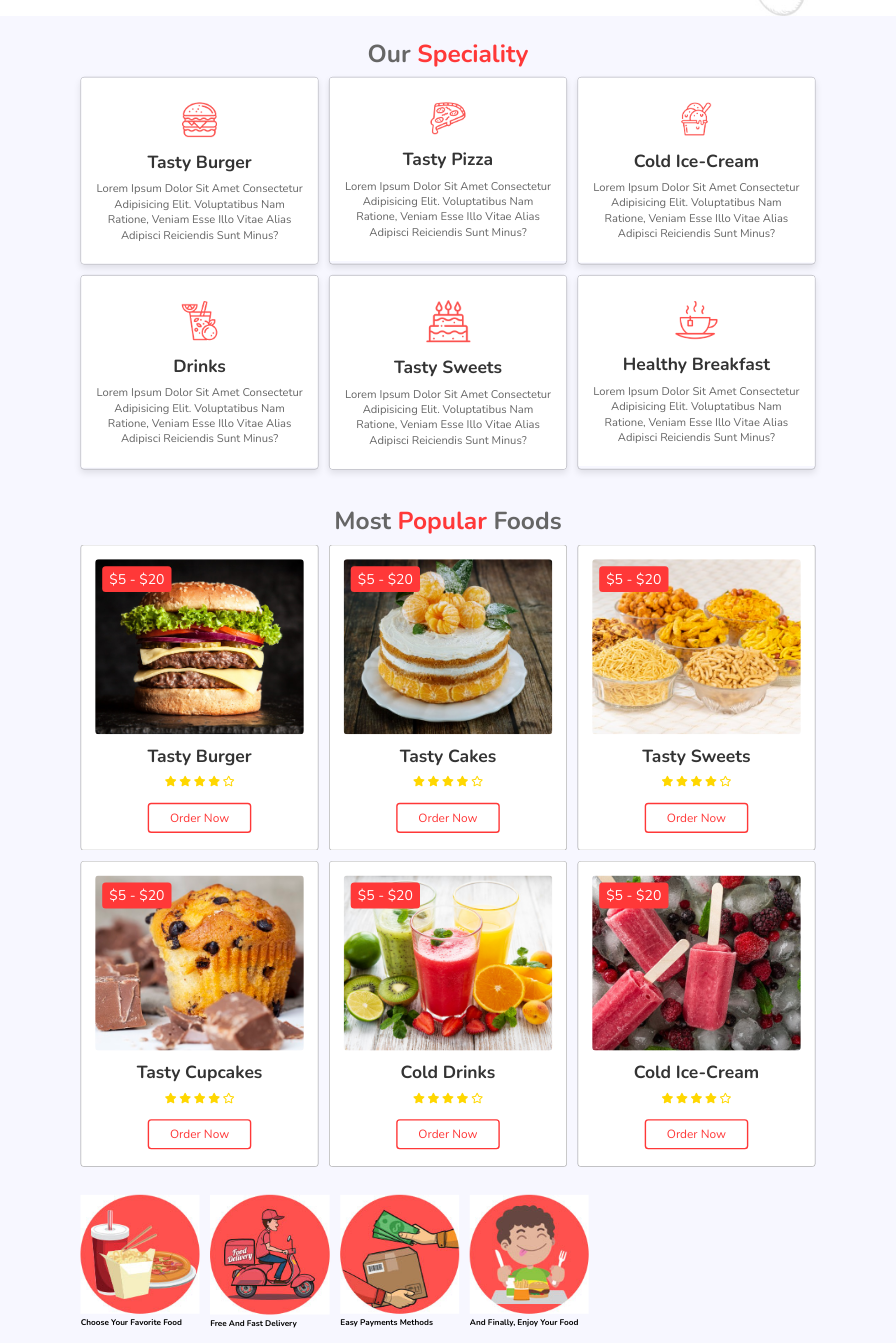
Repository: ManhTanVN/food
Page: index.html
An editor plug-in stored every save of this project. The page is shown before and after the next save, followed by the edit.
The browser window is 1280 px wide. The pictures show the part of the page from y = 697 to 2617 px (the page is 2615 px tall before and 2617 px after), at 70% of full size.
The style sheet was rebuilt from its Sass, Less or Tailwind sources for each picture, by a compiler version that may differ from the author's.

Above is the page before, as saved 2021-08-29 19:29:38.

### index.html
<!DOCTYPE html>
<html lang="en">
<head>
    <meta charset="UTF-8">
    <meta http-equiv="X-UA-Compatible" content="IE=edge">
    <meta name="viewport" content="width=device-width, initial-scale=1.0">
    <title>Document</title>
    <!-- font awe-some CDN -->
    <link rel="stylesheet" href="https://cdnjs.cloudflare.com/ajax/libs/font-awesome/5.15.4/css/all.min.css">

    <!-- custom css -->
    <link rel="stylesheet" href="./assets/css/style.css">
</head>
<body>
    <!-- header section start -->
    <header>
        <a href="#" class="logo"><i class="fas fa-utensils"></i>food</a>
        <div id="menu-bar" class="fas fa-bars"></div>
        <nav class="navbar">
            <a href="#home">home</a>
            <a href="#speciality">speciality</a>
            <a href="#popular">popular</a>
            <a href="#gallery">gallery</a>
            <a href="#review">review</a>
            <a href="#order">order</a>
        </nav>
    </header>
    <!-- header section end -->

    <!-- home section starts -->
    <section class="home" id="home">
        <div class="home__content">
            <h3>food made with love</h3>
            <p>Lorem ipsum dolor sit amet, consectetur adipisicing elit. Corrupti inventore error fugit alias sapiente, eveniet minima impedit repellendus, itaque beatae porro ullam nobis, vero assumenda quod quibusdam consequuntur provident! Error!</p>
            <a href="#" class="btn">order now</a>
        </div>
        <div class="home__image">
            <img src="./assets/images/home-img.png" alt="">
        </div>


    </section>
    <!-- home section ends -->

    <!-- speciality section starts -->
    <section class="speciality" id="speciality">
        <h1 class="heading">our <span>speciality</span></h1>
        <div class="box-container">
            <div class="box">
                <img class="box__image" src="./assets/images/s-img-1.jpg" alt="">
                <div class="box__content">
                    <img src="./assets/images/s-1.png" alt="">
                    <h3>tasty burger</h3>
                    <p>Lorem ipsum dolor sit amet consectetur adipisicing elit. Voluptatibus nam ratione, veniam esse illo vitae alias adipisci reiciendis sunt minus?</p>
                </div>
            </div>
            <div class="box">
                <img class="box__image" src="./assets/images/s-img-2.jpg" alt="">
                <div class="box__content">
                    <img src="./assets/images/s-2.png" alt="">
                    <h3>tasty pizza</h3>
                    <p>Lorem ipsum dolor sit amet consectetur adipisicing elit. Voluptatibus nam ratione, veniam esse illo vitae alias adipisci reiciendis sunt minus?</p>
                </div>
            </div>
            <div class="box">
                <img class="box__image" src="./assets/images/s-img-3.jpg" alt="">
                <div class="box__content">
                    <img src="./assets/images/s-3.png" alt="">
                    <h3>cold ice-cream</h3>
                    <p>Lorem ipsum dolor sit amet consectetur adipisicing elit. Voluptatibus nam ratione, veniam esse illo vitae alias adipisci reiciendis sunt minus?</p>
                </div>
            </div>
            <div class="box">
                <img class="box__image" src="./assets/images/s-img-4.jpg" alt="">
                <div class="box__content">
                    <img src="./assets/images/s-4.png" alt="">
                    <h3>drinks</h3>
                    <p>Lorem ipsum dolor sit amet consectetur adipisicing elit. Voluptatibus nam ratione, veniam esse illo vitae alias adipisci reiciendis sunt minus?</p>
                </div>
            </div>
            <div class="box">
                <img class="box__image" src="./assets/images/s-img-5.jpg" alt="">
                <div class="box__content">
                    <img src="./assets/images/s-5.png" alt="">
                    <h3>tasty sweets</h3>
                    <p>Lorem ipsum dolor sit amet consectetur adipisicing elit. Voluptatibus nam ratione, veniam esse illo vitae alias adipisci reiciendis sunt minus?</p>
                </div>
            </div>
            <div class="box">
                <img class="box__image" src="./assets/images/s-img-6.jpg" alt="">
                <div class="box__content">
                    <img src="./assets/images/s-6.png" alt="">
                    <h3>healthy breakfast</h3>
                    <p>Lorem ipsum dolor sit amet consectetur adipisicing elit. Voluptatibus nam ratione, veniam esse illo vitae alias adipisci reiciendis sunt minus?</p>
                </div>
            </div>
        </div>
    </section>
    <!-- speciality section ends -->

    <!-- popular section starts -->
    <section class="popular" id="popular">
        <h1 class="heading">most <span>popular</span> foods</h1>
        <div class="box-container">
            <div class="box">
                <span class="box__price"> $5 - $20 </span>
                <img src="./assets/images/p-1.jpg" alt="">
                <h3>tasty burger</h3>
                <div class="box__star">
                    <i class="fas fa-star"></i>
                    <i class="fas fa-star"></i>
                    <i class="fas fa-star"></i>
                    <i class="fas fa-star"></i>
                    <i class="far fa-star"></i>
                </div>
                <a href="#" class="btn">order now</a>
            </div>
            <div class="box">
                <span class="box__price"> $5 - $20 </span>
                <img src="./assets/images/p-2.jpg" alt="">
                <h3>tasty cakes</h3>
                <div class="box__star">
                    <i class="fas fa-star"></i>
                    <i class="fas fa-star"></i>
                    <i class="fas fa-star"></i>
                    <i class="fas fa-star"></i>
                    <i class="far fa-star"></i>
                </div>
                <a href="#" class="btn">order now</a>
            </div>
            <div class="box">
                <span class="box__price"> $5 - $20 </span>
                <img src="./assets/images/p-3.jpg" alt="">
                <h3>tasty sweets</h3>
                <div class="box__star">
                    <i class="fas fa-star"></i>
                    <i class="fas fa-star"></i>
                    <i class="fas fa-star"></i>
                    <i class="fas fa-star"></i>
                    <i class="far fa-star"></i>
                </div>
                <a href="#" class="btn">order now</a>
            </div>
            <div class="box">
                <span class="box__price"> $5 - $20 </span>
                <img src="./assets/images/p-4.jpg" alt="">
                <h3>tasty cupcakes</h3>
                <div class="box__star">
                    <i class="fas fa-star"></i>
                    <i class="fas fa-star"></i>
                    <i class="fas fa-star"></i>
                    <i class="fas fa-star"></i>
                    <i class="far fa-star"></i>
                </div>
                <a href="#" class="btn">order now</a>
            </div>
            <div class="box">
                <span class="box__price"> $5 - $20 </span>
                <img src="./assets/images/p-5.jpg" alt="">
                <h3>cold drinks</h3>
                <div class="box__star">
                    <i class="fas fa-star"></i>
                    <i class="fas fa-star"></i>
                    <i class="fas fa-star"></i>
                    <i class="fas fa-star"></i>
                    <i class="far fa-star"></i>
                </div>
                <a href="#" class="btn">order now</a>
            </div>
            <div class="box">
                <span class="box__price"> $5 - $20 </span>
                <img src="./assets/images/p-6.jpg" alt="">
                <h3>cold ice-cream</h3>
                <div class="box__star">
                    <i class="fas fa-star"></i>
                    <i class="fas fa-star"></i>
                    <i class="fas fa-star"></i>
                    <i class="fas fa-star"></i>
                    <i class="far fa-star"></i>
                </div>
                <a href="#" class="btn">order now</a>
            </div>
        </div>

    </section>
    <!-- popular section ends -->

    <!-- Step section starts -->
    <section class="steps">
        <div class="box">
            <img src="./assets/images/step-1.jpg" alt="">
            <h3>choose your favorite food</h3>
        </div>
        <div class="box">
            <img src="./assets/images/step-2.jpg" alt="">
            <h3>free and fast delivery</h3>
        </div>
        <div class="box">
            <img src="./assets/images/step-3.jpg" alt="">
            <h3>easy payments methods</h3>
        </div>
        <div class="box">
            <img src="./assets/images/step-4.jpg" alt="">
            <h3>and finally, enjoy your food</h3>
        </div>
    </section>
    <!-- Step section ends -->

<!-- custom js -->
<script src="./assets/js/main.js"></script>
<!-- custom js -->
</body>
</html>

### assets/js/main.js
let menu = document.querySelector("#menu-bar");
let navbar = document.querySelector(".navbar");

menu.onclick = () =>{
    menu.classList.toggle('fa-times');
    navbar.classList.toggle('active');
}

window.onscroll = () => {
    menu.classList.remove('fa-times');
    navbar.classList.remove('active');
}

### sass/style.scss
@import url('https://fonts.googleapis.com/css2?family=Nunito:wght@200;300;400;600;700&display=swap');
@import './mixin';
@import './variables';
@import './animation';
@import './base';
@import './header';
@import './menu-bar';
@import './home';
@import './btn';
@import './speciality';
@import './popular';
@import './steps';

@import './_media';

### sass/_mixin.scss
@mixin responsive($breakpoint) {
    @if $breakpoint == tablet {
        @media (max-width:991px) {@content}
    };

    @if $breakpoint == phone {
        @media (max-width: 768px) {@content}
    };

    @if $breakpoint == small {
        @media (max-width: 400px) {@content}
    };
}

### sass/_variables.scss
$color-red: #ff3838;

### sass/_animation.scss
@keyframes float {
    0%, 100% {
        transform: translateY(0rem)
    };

    50% {
        transform: translateY(03rem)
    }
}

### sass/_base.scss
* {
    font-family: 'Nunito', sans-serif;
    padding: 0; margin: 0;
    box-sizing: border-box;
    border: 0; outline: none;
    text-transform: capitalize;
    text-decoration: none;
    transition: all .2s linear;
}

*::selection {
    background: $color-red;
    color: #fff;
}

html {
    font-size: 62.5%;
    overflow-x: hidden;
    scroll-behavior: smooth;
    scroll-padding-top: 6rem;
    @include responsive (tablet) {
        font-size: 55%;
    }

    @include responsive (small) {
        font-size: 50%;

    }
}

body {
    background: #f7f7ff;
}

section {
    padding: 2rem 9%;
    @include responsive (tablet){
        padding: 2rem;
    }
}

### sass/_header.scss
header {
    position: fixed;
    top: 0;
    left: 0;
    right: 0;
    z-index: 9999;
    background: #fff;
    padding: 2rem 9%;
    box-shadow: 0 0.5rem 1rem rgba(0,0,0,.1);
    display: flex;
    justify-content: space-between;
    align-items: center;
    @include responsive (tablet) {
        padding: 2rem;
    }

}
header .logo {
    font-size: 2.5rem;
    font-weight: bold;
    color: #666;
}
header .logo i {
    padding-right: .5rem;
    color: $color-red;
}
header .navbar a {
    font-size: 2rem;
    margin-left: 2rem;
    color: #666;

    @include responsive (phone) {
        margin: 1.5rem;
        padding: 1.5rem;
        display: block;
        border: .2rem solid rgba(0,0,0,.1);
        border-left: .5rem solid $color-red;
        background: #fff;
    }
}

header .navbar a:hover {
    color: $color-red;
}

header .navbar {
    @include responsive (phone) {
        position: absolute;
        top: 100%;
        right: 0;
        left: 0;
        background: #f7f7f7;
        border-top: .1rem solid rgba(0,0,0,.1);
        clip-path: polygon(0 0, 100% 0 , 100% 0 , 0 0);
    }
}
header .navbar.active {
    @include responsive (phone) {
        clip-path: polygon(0 0, 100% 0 , 100% 100% , 0 100%);

    }
}

### sass/_menu-bar.scss
#menu-bar {
    font-size: 3rem;
    cursor: pointer;
    color: #666;
    border: .1rem solid #666;
    border-radius: .3rem;
    padding: .5rem 1.5rem;
    display: none;

    @include responsive (phone) {
        display: initial;
    }

}

### sass/_home.scss
.home {
    display: flex;
    flex-wrap: wrap;
    gap: 1.5rem;
    min-height: 100vh;
    align-items: center;
    background: url(../assets/images/home-bg.jpg) no-repeat;
    // background: url(../assets/images/pic1.png);
    // background: gold;
    background-size: cover;
    background-position: center;

    &__content{
        flex: 1 1 40rem;
        padding-top: 6.5rem;

        & h3{
            font-size: 5rem;
            color: #333;
        }
        & p{
            font-size: 1.7rem;
            color: #666;
            padding: 1rem 0;
        }
    }
    &__image {
        flex: 1 1 40rem;

    }
    &__image img {
        width: 100%;
        padding: 1rem;
        animation: float 3s linear infinite;
    }
}

### sass/_btn.scss
.btn {
    display: inline-block;
    padding: .8rem 3rem;
    border: .2rem solid $color-red;
    color: $color-red;
    cursor: pointer;
    font-size: 1.7rem;
    border-radius: .5rem;
    position: relative;
    overflow: hidden;
    z-index: 0;
    margin-top: 1rem;
    &::after {
        content: "";
        position: absolute;
        top: 0;
        right: 0;
        width: 0;
        height: 100%;
        background: $color-red;
        transition: .2s linear;
        z-index: -1;
    }

    &:hover::after {
        width: 100%;
        left: 0;;
    }
    &:hover {
        color: #fff;
    }
}

### sass/_speciality.scss
.heading {
    text-align: center;
    font-size: 3.5rem;
    padding: 1rem;
    color: #666;

    & span {
        color: $color-red;
    }
}
.box-container {
    display: flex;
    flex-wrap: wrap;
    gap: 1.5rem;
}


.speciality {
    & .box-container {
        & .box {
            flex: 1 1 30rem;
            position: relative;
            overflow: hidden;
            box-shadow: 0 .5rem 1rem rgba(0,0,0,.1);
            border: .1rem solid rgba(0,0,0,.3);
            cursor: pointer;
            border-radius: .5rem;

            &__image{
                width: 100%;
                height: 100%;
                object-fit: cover;
                position: absolute;
                top: -100%;
                left: 0;

            }
            &:hover .box__image{
                top: 0;
            }

            &:hover .box__content{
                transform: translateY(100%);
            }

            &__content {
                text-align: center;
                padding: 2rem;
                background: #fff;
                & img {
                    margin: 1.5rem 0;
                }
                & h3 {
                    font-size: 2.5rem;
                    color: #333;
                }
                & p {
                    font-size: 1.6rem;
                    color: #666;
                    padding: 1rem 0;
                }
            }
        }
    }

}

### sass/_popular.scss
.popular {
    & .box-container {
        & .box {
            padding: 2rem;
            background: #fff;
            box-shadow: 1 .5rem 1rem rgba(0,0,0,.1);
            border: .1rem solid rgba(0,0,0,.3);
            border-radius: .5rem;
            text-align: center;
            flex: 1 1 30rem;
            position: relative;

            & img {
                height: 25rem;
                object-fit: cover;
                width: 100%;
                border-radius: inherit;
            }

            &__price {
                position: absolute;
                top: 3rem; left: 3rem;
                background: $color-red;
                color: #fff;
                font-size: 2rem;
                padding: .5rem 1rem;
                border-radius: inherit;
            }

            & h3 {
                color: #333;
                font-size: 2.5rem;
                padding-top: 1rem;
            }

            &__star {
                color: gold;
                font-size: 1.5rem;
                padding: 1rem .1rem;
            }
        }
    }
}

### sass/_steps.scss
.steps {
    display: flex;
    flex-wrap: wrap;
    gap: 1.5rem;
}

### sass/__media.scss
@media (max-width: 991px) {
    html {
    }
    header {

    }
}

@media (max-width: 768px) {


    .menu-bar {

    }
}

After the next save:
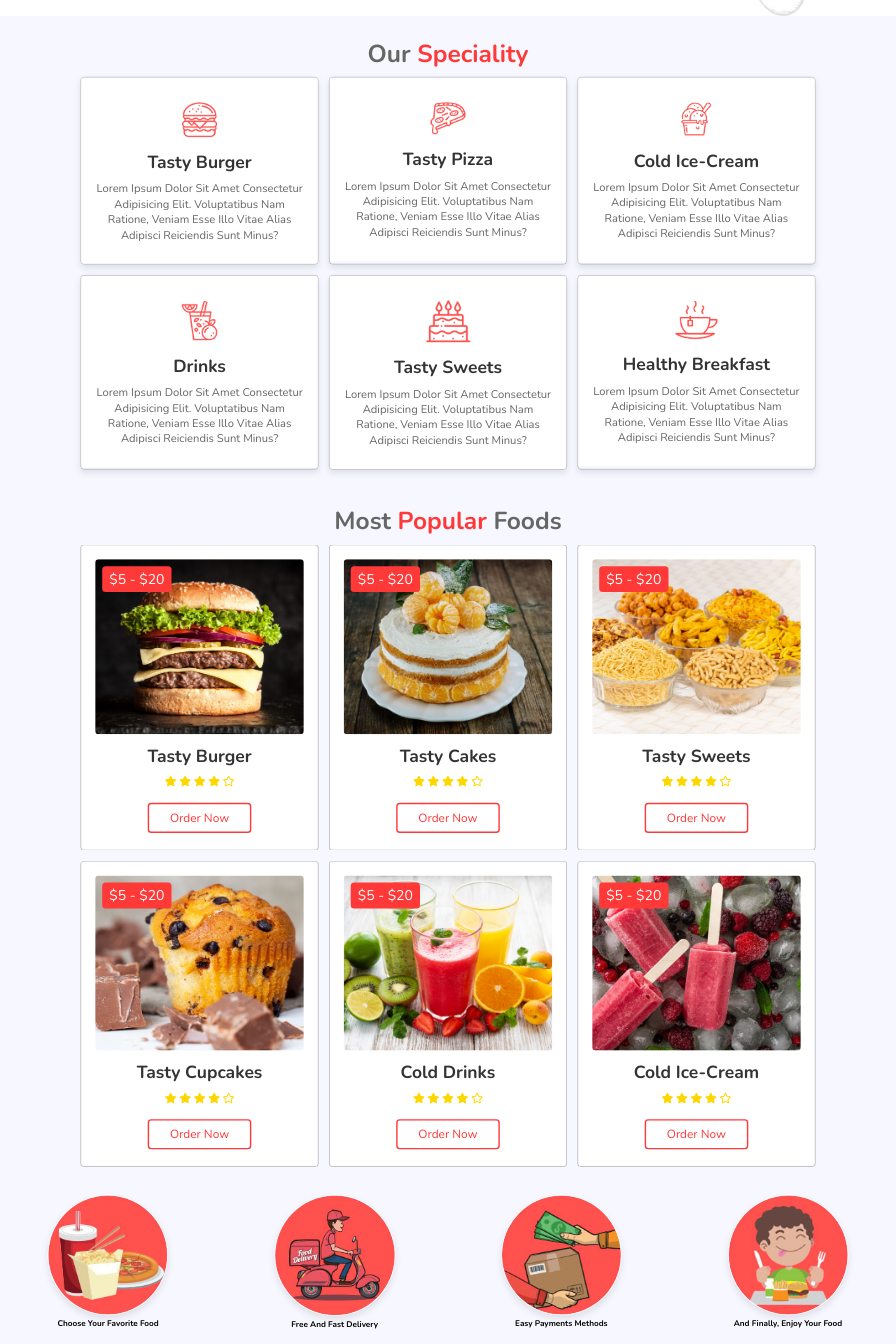
Saved 3 min 5 s later.
--- a/sass/_steps.scss
+++ b/sass/_steps.scss
@@ -2,4 +2,17 @@
     display: flex;
     flex-wrap: wrap;
     gap: 1.5rem;
+    padding: 1rem 0;
+
+    & .box {
+        flex: 1 1 25rem;
+        padding: 1rem;
+        text-align: center;
+
+        & img {
+            border-radius: 50%;
+            border: .1rem solid #fff;
+            box-shadow: 0 .5rem 1rem rgba(0,0,0,.1);
+        }
+    }
 }
